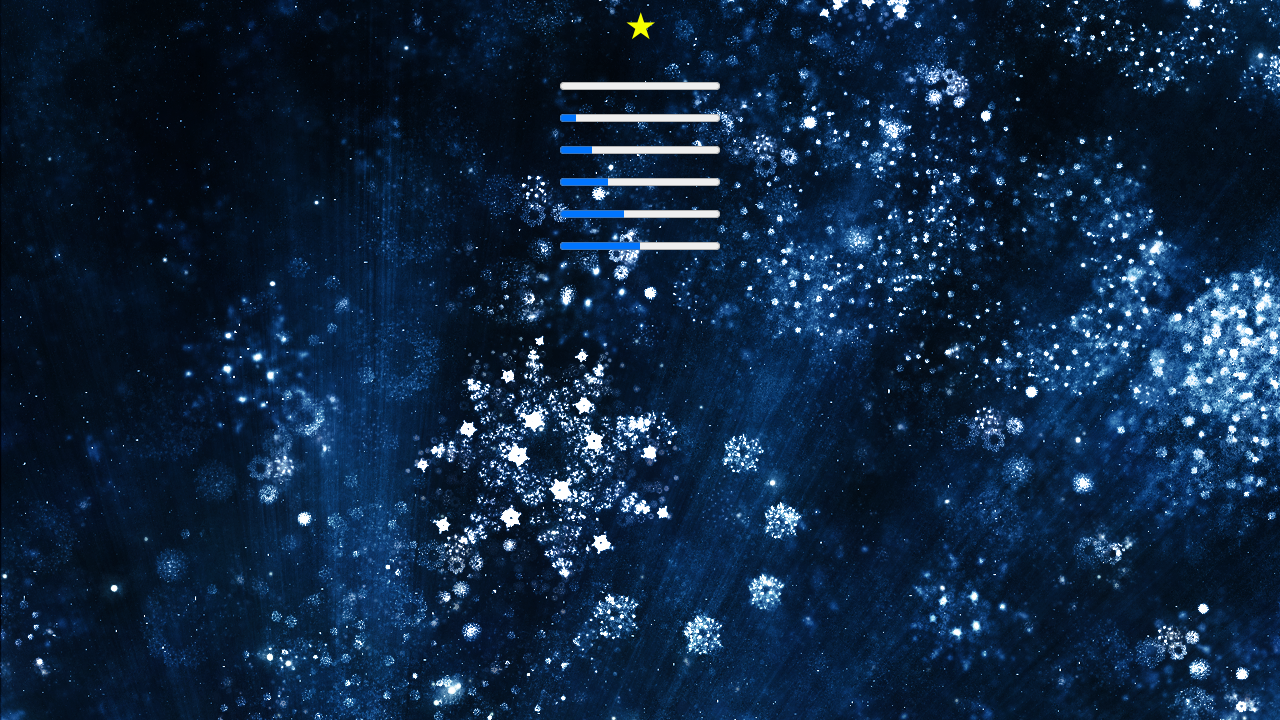
Repository: hanj291/hanj291.github.io
Page: CSS_composition/page5.html
The author's editor kept a record of every edit. The page is drawn from the files as they stood at one moment, then again after the next edit.
The browser window is 1280 px wide. The pictures show the whole page.

Above is the page before.

After the next edit:
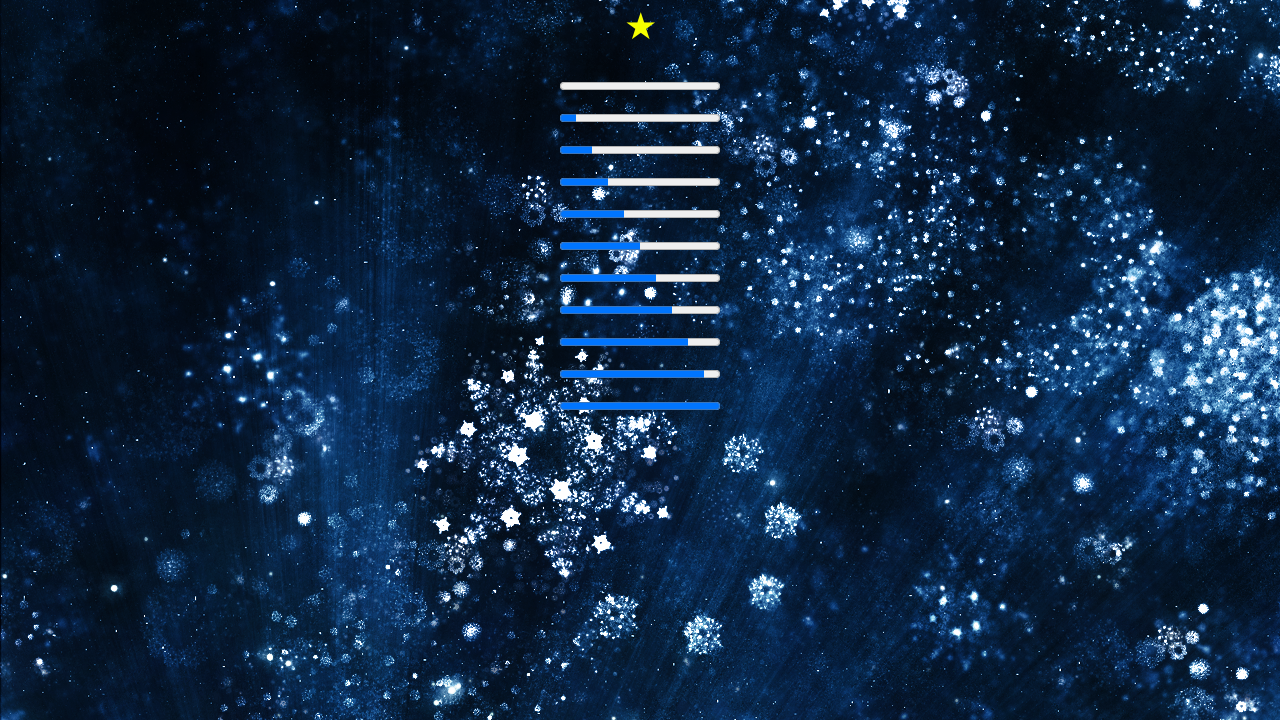
The edit:
--- a/CSS_composition/page5.html
+++ b/CSS_composition/page5.html
@@ -13,10 +13,11 @@
 		<p><progress value="30" max="100"></progress>
 		<p><progress value="40" max="100"></progress>
 		<p><progress value="50" max="100"></progress>
-
-
-
-
+		<p><progress value="60" max="100"></progress>
+		<p><progress value="70" max="100"></progress>
+		<p><progress value="80" max="100"></progress>
+		<p><progress value="90" max="100"></progress>
+		<p><progress value="100" max="100"></progress>
 
 	</body>
 </html>
